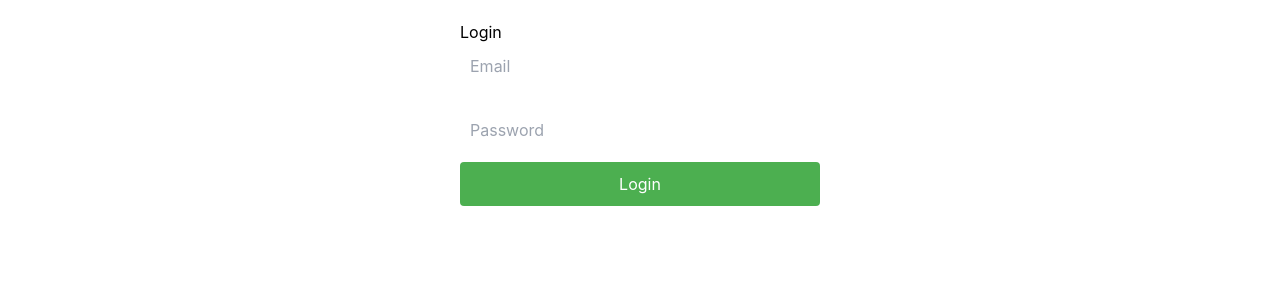
Repository: GowrishankarSMenon/jobTracker
Page: /login (app in job-tracker/client/)
The author's editor kept a copy of each file at every save. The page is drawn from the files as they stood at one save, then again after the next save.
The browser window is 1280 px wide. The pictures show the whole page.
Some web libraries are served in a nearby version. The project was rebuilt for these pictures with package versions that can differ from the ones it lists, and the page was loaded fresh each time. Also part of the build but not shown: job-tracker/client/src/pages/Signup.js, job-tracker/client/src/pages/Home.js.

Above is the page before, as saved 2024-12-28 16:11:48.

### job-tracker/client/src/index.js
import React from 'react';
import ReactDOM from 'react-dom/client';
import { BrowserRouter } from 'react-router-dom';
import App from './App';
import { AuthProvider } from './context/AuthContext';
import './index.css';

const root = ReactDOM.createRoot(document.getElementById('root'));

root.render(
  <React.StrictMode>
    <AuthProvider>
      <BrowserRouter>
        <App />
      </BrowserRouter>
    </AuthProvider>
  </React.StrictMode>
);

### job-tracker/client/src/App.js
import React from 'react';
import { useRoutes } from 'react-router-dom';
import Login from './pages/Login';
import Home from './pages/Home';

const App = () => {
  const routes = useRoutes([
    { path: '/login', element: <Login /> },
    { path: '/home', element: <Home /> },
  ]);

  return routes;
};

export default App;

### job-tracker/client/src/context/AuthContext.js
import React, { createContext, useState } from 'react';

export const AuthContext = createContext();

export const AuthProvider = ({ children }) => {
  const [user, setUser] = useState(null);

  return (
    <AuthContext.Provider value={{ user, setUser }}>
      {children}
    </AuthContext.Provider>
  );
};

### job-tracker/client/src/pages/Login.js
import React, { useState } from 'react';
import axios from 'axios';
import { useNavigate } from 'react-router-dom'; // Import useNavigate for navigation

const Login = ({ setUser, setToken }) => {
  const [email, setEmail] = useState('');
  const [password, setPassword] = useState('');
  const [loading, setLoading] = useState(false);
  const [errorMessage, setErrorMessage] = useState('');
  const navigate = useNavigate(); // Initialize useNavigate for redirection

  const handleSubmit = async (e) => {
    e.preventDefault();
    setLoading(true);
    setErrorMessage('');

    try {
      const response = await axios.post('http://localhost:5000/api/auth/login', { email, password });

      // Save user and token in state
      setToken(response.data.token);
      setUser(response.data.user);

      // Store token in localStorage
      localStorage.setItem('authToken', response.data.token);

      // Redirect to /home after successful login
      navigate('/home');
    } catch (error) {
      console.error('Login error:', error);

      // Set error message based on response or generic fallback
      if (error.response && error.response.data && error.response.data.message) {
        setErrorMessage(error.response.data.message);
      } else {
        setErrorMessage('An unexpected error occurred. Please try again later.');
      }
    } finally {
      setLoading(false);
    }
  };

  return (
    <div style={{ maxWidth: '400px', margin: '0 auto', padding: '20px' }}>
      <h2>Login</h2>
      {errorMessage && <div style={{ color: 'red', marginBottom: '10px' }}>{errorMessage}</div>}
      <form onSubmit={handleSubmit}>
        <div style={{ marginBottom: '10px' }}>
          <input
            type="email"
            placeholder="Email"
            value={email}
            onChange={(e) => setEmail(e.target.value)}
            required
            style={{ width: '100%', padding: '10px', marginBottom: '10px', borderRadius: '4px' }}
          />
        </div>
        <div style={{ marginBottom: '10px' }}>
          <input
            type="password"
            placeholder="Password"
            value={password}
            onChange={(e) => setPassword(e.target.value)}
            required
            style={{ width: '100%', padding: '10px', borderRadius: '4px' }}
          />
        </div>
        <button
          type="submit"
          disabled={loading}
          style={{
            width: '100%',
            padding: '10px',
            backgroundColor: loading ? '#ccc' : '#4CAF50',
            color: 'white',
            borderRadius: '4px',
            cursor: loading ? 'not-allowed' : 'pointer',
          }}
        >
          {loading ? 'Logging In...' : 'Login'}
        </button>
      </form>
    </div>
  );
};

export default Login;

Loaded but not shown: job-tracker/client/public/index.html (common file); job-tracker/client/src/index.css (common file)

After the next save:
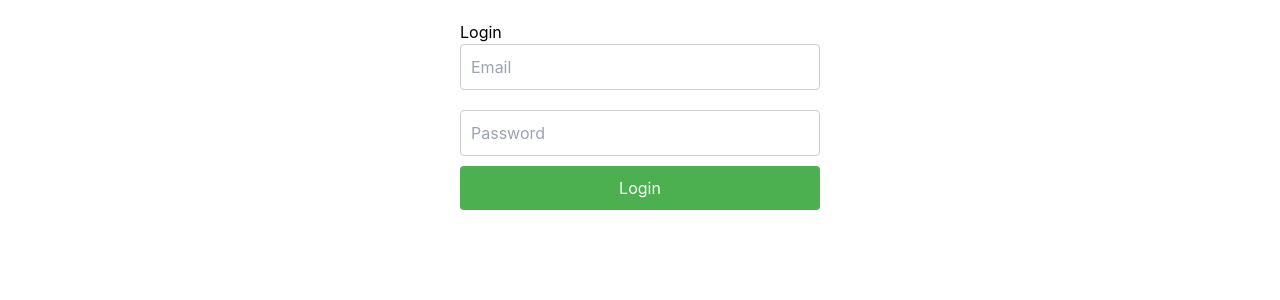
Saved 18 s later.
--- a/job-tracker/client/src/pages/Login.js
+++ b/job-tracker/client/src/pages/Login.js
@@ -1,49 +1,52 @@
 import React, { useState } from 'react';
 import axios from 'axios';
-import { useNavigate } from 'react-router-dom'; // Import useNavigate for navigation
+import { useNavigate } from 'react-router-dom';
 
 const Login = ({ setUser, setToken }) => {
   const [email, setEmail] = useState('');
   const [password, setPassword] = useState('');
-  const [loading, setLoading] = useState(false);
-  const [errorMessage, setErrorMessage] = useState('');
-  const navigate = useNavigate(); // Initialize useNavigate for redirection
+  const [loading, setLoading] = useState(false); // Loading state
+  const [errorMessage, setErrorMessage] = useState(''); // Error message state
+  const navigate = useNavigate(); // Navigation hook
 
   const handleSubmit = async (e) => {
     e.preventDefault();
     setLoading(true);
-    setErrorMessage('');
+    setErrorMessage(''); // Reset error message on form submit
 
     try {
       const response = await axios.post('http://localhost:5000/api/auth/login', { email, password });
 
-      // Save user and token in state
+      console.log('Login response:', response.data); // Debug response
+
+      // Save token and user in state
       setToken(response.data.token);
       setUser(response.data.user);
 
-      // Store token in localStorage
+      // Store token in localStorage for persistence
       localStorage.setItem('authToken', response.data.token);
 
-      // Redirect to /home after successful login
+      // Redirect to home page
       navigate('/home');
     } catch (error) {
       console.error('Login error:', error);
 
-      // Set error message based on response or generic fallback
       if (error.response && error.response.data && error.response.data.message) {
-        setErrorMessage(error.response.data.message);
+        setErrorMessage(error.response.data.message); // Display backend error
       } else {
         setErrorMessage('An unexpected error occurred. Please try again later.');
       }
     } finally {
-      setLoading(false);
+      setLoading(false); // Stop the loading spinner
     }
   };
 
   return (
     <div style={{ maxWidth: '400px', margin: '0 auto', padding: '20px' }}>
       <h2>Login</h2>
-      {errorMessage && <div style={{ color: 'red', marginBottom: '10px' }}>{errorMessage}</div>}
+      {errorMessage && (
+        <div style={{ color: 'red', marginBottom: '10px' }}>{errorMessage}</div>
+      )}
       <form onSubmit={handleSubmit}>
         <div style={{ marginBottom: '10px' }}>
           <input
@@ -52,7 +55,13 @@ const Login = ({ setUser, setToken }) => {
             value={email}
             onChange={(e) => setEmail(e.target.value)}
             required
-            style={{ width: '100%', padding: '10px', marginBottom: '10px', borderRadius: '4px' }}
+            style={{
+              width: '100%',
+              padding: '10px',
+              marginBottom: '10px',
+              border: '1px solid #ccc',
+              borderRadius: '4px',
+            }}
           />
         </div>
         <div style={{ marginBottom: '10px' }}>
@@ -62,17 +71,23 @@ const Login = ({ setUser, setToken }) => {
             value={password}
             onChange={(e) => setPassword(e.target.value)}
             required
-            style={{ width: '100%', padding: '10px', borderRadius: '4px' }}
+            style={{
+              width: '100%',
+              padding: '10px',
+              border: '1px solid #ccc',
+              borderRadius: '4px',
+            }}
           />
         </div>
         <button
           type="submit"
-          disabled={loading}
+          disabled={loading} // Disable button during login
           style={{
             width: '100%',
             padding: '10px',
             backgroundColor: loading ? '#ccc' : '#4CAF50',
             color: 'white',
+            border: 'none',
             borderRadius: '4px',
             cursor: loading ? 'not-allowed' : 'pointer',
           }}
